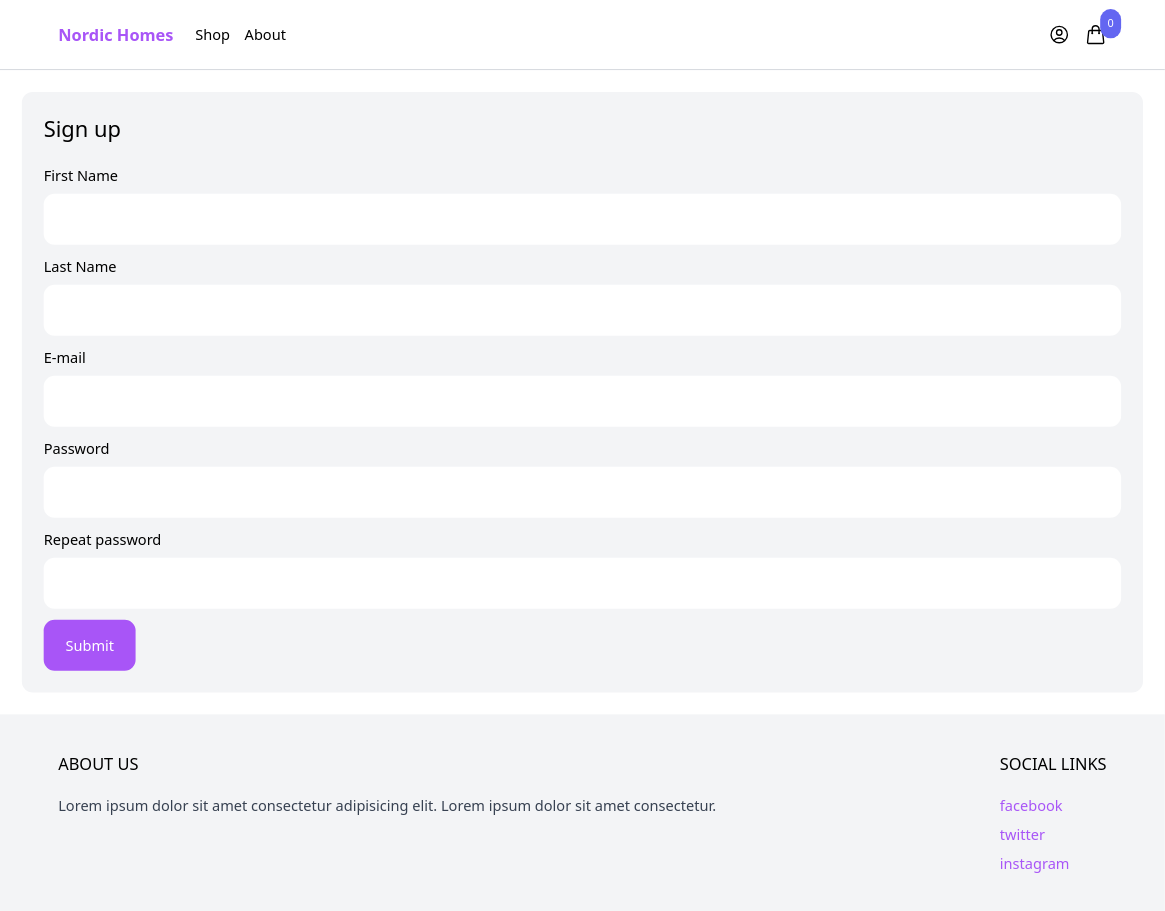
Repository: Calin224/NordicHomes
Page: core/templates/core/signup.html
These files come from the project's save history. The page is drawn as it stood at one moment and after the next save; the edit follows.
The browser window is 1280 px wide. The pictures show the whole page, at 91% of full size.
Some web libraries are served in a nearby version. The template is drawn by Django 4.2. The application's start-up code is not run. The template is opened directly, without the code that normally fills it, so the values that code supplies are empty.

Above is the page before, as saved 2023-02-15 22:29:39.

After the next save:
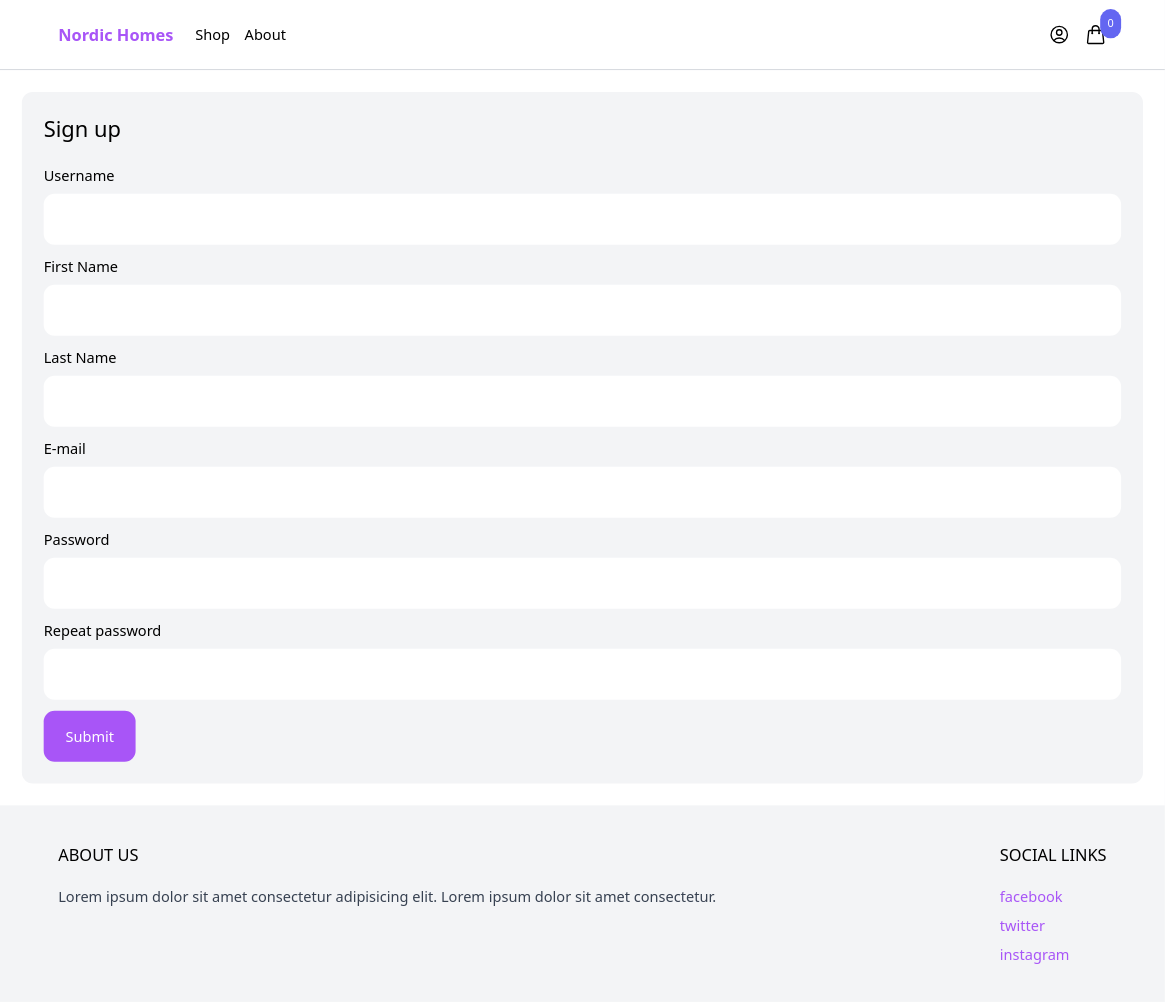
Saved 110 s later.
--- a/core/templates/core/signup.html
+++ b/core/templates/core/signup.html
@@ -8,6 +8,11 @@
 
         <form action="." method="POST" class="space-y-3">
             {% csrf_token %}
+
+            <div>
+                <label for="">Username</label>
+                <input type="text" name="first_name" class="w-full mt-2 py-4 px-6 bg-white rounded-xl focus:outline-none">
+            </div>
 
             <div>
                 <label for="">First Name</label>
